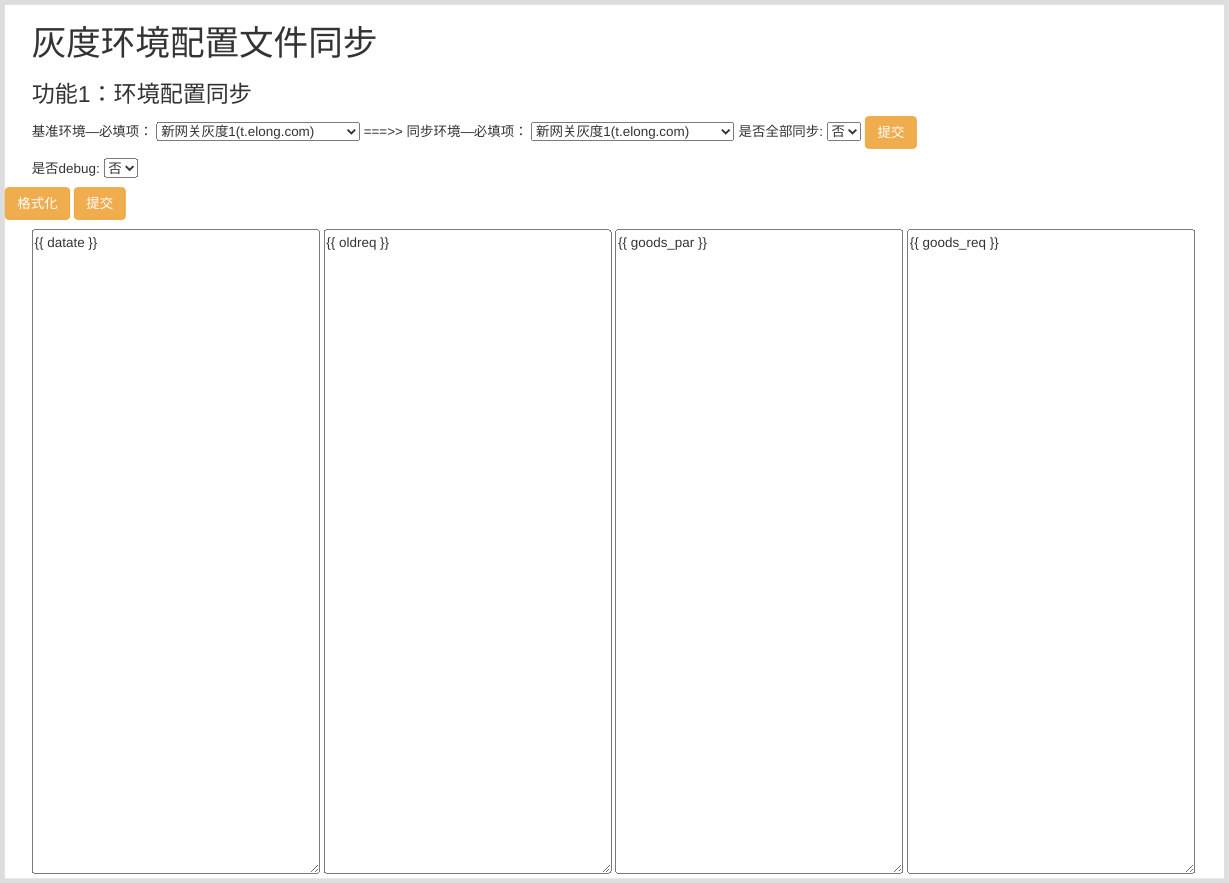
Repository: wangyanqing666/study
Page: other.html
An editor plug-in stored every save of this project. The page is shown before and after the next save, followed by the edit.
The browser window is 1280 px wide. The pictures show the whole page, at 96% of full size.

Above is the page before, as saved 2020-09-28 14:15:04.

### other.html

<!DOCTYPE html>
<html lang="en">

<head>
    <meta charset="UTF-8">
    <meta name="viewport" content="width=device-width, initial-scale=1.0">
    <title>Document</title>
    <!-- 最新版本的 Bootstrap 核心 CSS 文件 -->
    <link rel="stylesheet" href="https://cdn.jsdelivr.net/npm/bootstrap@3.3.7/dist/css/bootstrap.min.css"
        integrity="sha384-BVYiiSIFeK1dGmJRAkycuHAHRg32OmUcww7on3RYdg4Va+PmSTsz/K68vbdEjh4u" crossorigin="anonymous">
    <script src="https://cdn.bootcss.com/jquery/3.4.1/jquery.js"></script>
    <style type="text/css">
        div {
            text-indent: 2em;
            /*em是相对单位，2em即现在一个字大小的两倍*/
        }
    </style>
    <script>
        function beautify() {

            $.each($('textarea'), function (i, n) {
                $(this).css({ 'border-color': "" });

                jsonStr = $(this).val();
                var input;
                try {
                    if (jsonStr.length == 0) {
                        return false;
                    } else if (!isJSON(jsonStr)) {
                        $(this).css({ 'border-color': "red" });


                        return alert($(this).prop('placeholder') + '您输入的内容非正规json格式，请检查后重试！');

                    }
                    input = eval('(' + jsonStr + ')');
                } catch (error) {
                    console.log(error);
                    return alert('JSON 格式化错误！');

                }

                $(this).val(JSON.stringify(input, null, 4));

            })


        };

        function isJSON(str) {
            if (typeof str === 'string') {
                try {
                    let obj = JSON.parse(str);
                    if (typeof obj === 'object' && obj) {
                        return obj;
                    } else {
                        return false;
                    }
                } catch (error) {
                    console.log(error);
                    return false;
                }
            }
        };

        $(function () {

            $('#tj1').click(function () {
                var jsonStr = $('#editor1').val();
                var env = $('#env').val();
                var debug = $('#debug').val();
                try {
                    if (jsonStr.length == 0) {
                        return false;
                    } else if (!isJSON(jsonStr)) {

                        return alert('您输入的内容非正规json格式，请检查后重试！');
                    }
                } catch (error) {
                    return alert('JSON 格式化错误！');

                }
                $('#tj1').attr("disabled", true);

                $.ajax({
                    url: '/alaskasend',
                    type: 'POST',
                    dataType: 'json',
                    contentType: 'application/json;charset=UTF-8',
                    data: JSON.stringify({ jstr: jsonStr, env: env, debug: debug }),
                    success: function (respone) {
                        $('#tj1').attr("disabled", false);


                        if (respone.erron == 0) {
                            // alert('接口请求成功')
                            $('#editor2').val(respone.oldreq)
                            $('#editor3').val(respone.goods_par)
                            $('#editor4').val(respone.goods_req)

                        } else {
                            // 请求失败
                            $('#warning1').text(respone.errmsg)
                            $('#tj1').attr("disabled", false);


                        }
                    },
                    error: function () {
                        alert('服务器超时，请重试！');
                    }
                });

            });

        });


    </script>


</head>

<body>
    <div style="border:5px solid #ddd ;text-indent:2em;">
        <h1>灰度环境配置文件同步</h1>
        <div style="text-indent:2em;">
            <h3>功能1：环境配置同步 </h3>
            <h5>
                <span>基准环境—必填项：</span>
                <select id="baseenv" name="baseenv">
                    <option value=1>新网关灰度1(t.elong.com)</option>
                    <option value=2>新网关灰度2(huidu2.vip.elong)</option>
                    <option value=3>新网关灰度3(huidu3.vip.elong)</option>
                    <option value=4>线上环境(api2011.elong.com)</option>
                </select>
                <span>===>></span>
                <span>同步环境—必填项：</span>
                <select id="synenv" name="synenv">
                    <option value=1>新网关灰度1(t.elong.com)</option>
                    <option value=2>新网关灰度2(huidu2.vip.elong)</option>
                    <option value=3>新网关灰度3(huidu3.vip.elong)</option>
                    <option value=4>线上环境(api2011.elong.com)</option>
                </select>
                <span>是否全部同步:</span>
                <select id="debug" name="debug">
                    <option value=0>否</option>
                    <option value=1>是</option>
                </select>
                <span><button type="button" class="btn btn-warning" id="tj1">提交</button></span>

            </h5>
            <h5>
                <span>是否debug:</span>
                <select id="debug" name="debug">
                    <option value="false">否</option>
                    <option value="true">是</option>
                </select>
            </h5>
            <button type="button" class="btn btn-warning" id="formatting" onclick="beautify();">格式化</button>

            <button type="button" class="btn btn-warning" id="tj1">提交</button>


            <div class="col-md-12" id="warning">
                <p><strong id="warning1"></strong></p>
            </div>

        </div>
        <div>
            <textarea class="column " style="height: 671px; width: 300px;" id="editor1" placeholder="Fiddle抓包请求"
                spellcheck="false" name="jstr">{{ datate }}</textarea>
            <textarea id="editor2" style="height: 671px; width: 300px;" class="clumn " placeholder="原始出参"
                name="jstr1">{{ oldreq }}</textarea>
            <textarea id="editor3" style="height: 671px; width: 300px;" class="clumn " placeholder="商品库出参"
                name="jstr2">{{ goods_par }}</textarea>
            <textarea id="editor4" style="height: 671px; width: 300px;" class="clumn " placeholder="商品库入参"
                name="jstr2">{{ goods_req }}</textarea>
        </div>

    </div>
</body>

</html>

After the next save:
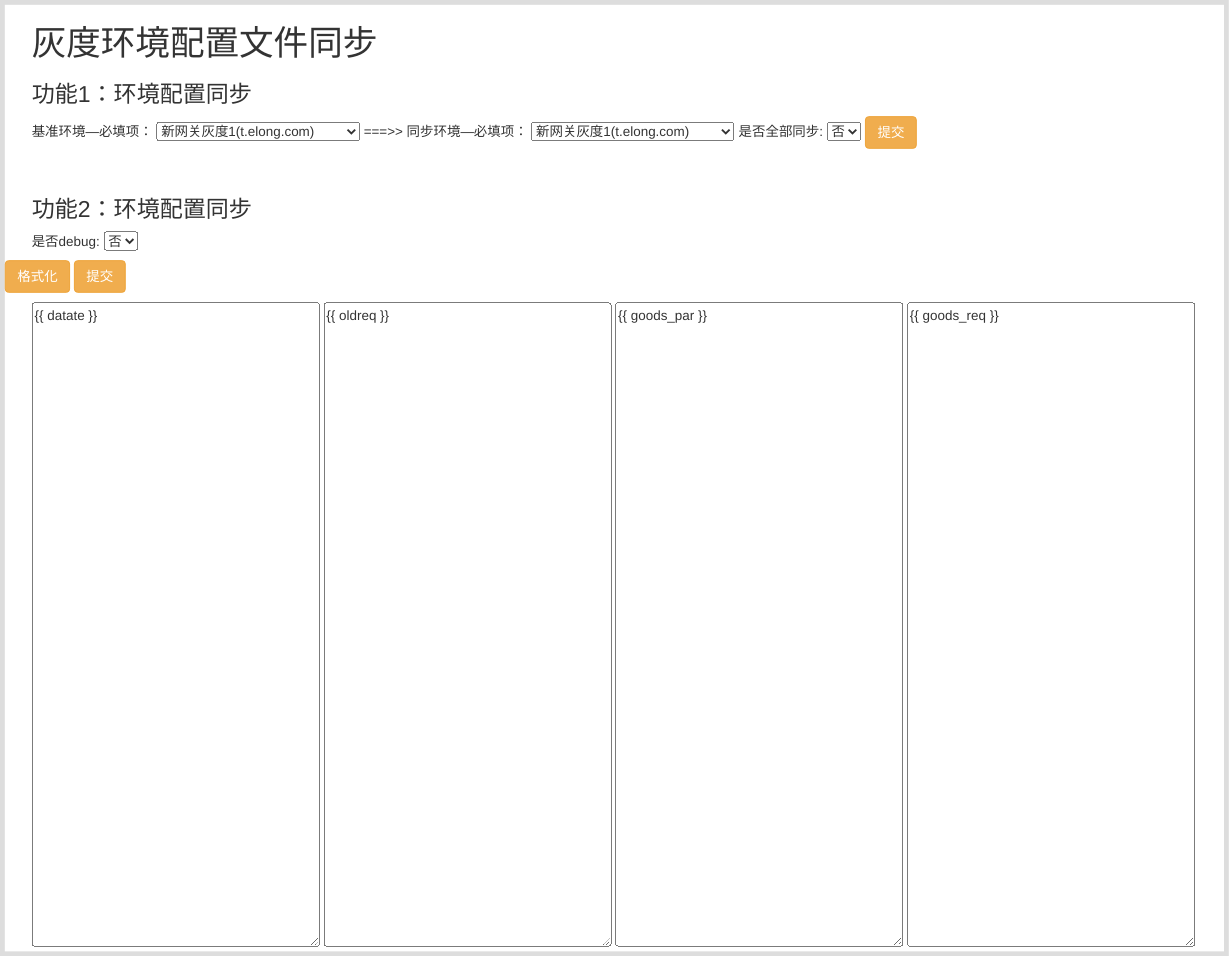
Saved 69 s later.
--- a/other.html
+++ b/other.html
@@ -151,6 +151,9 @@
                 <span><button type="button" class="btn btn-warning" id="tj1">提交</button></span>
 
             </h5>
+            <br>
+             <h3>功能2：环境配置同步 </h3>
+
             <h5>
                 <span>是否debug:</span>
                 <select id="debug" name="debug">
